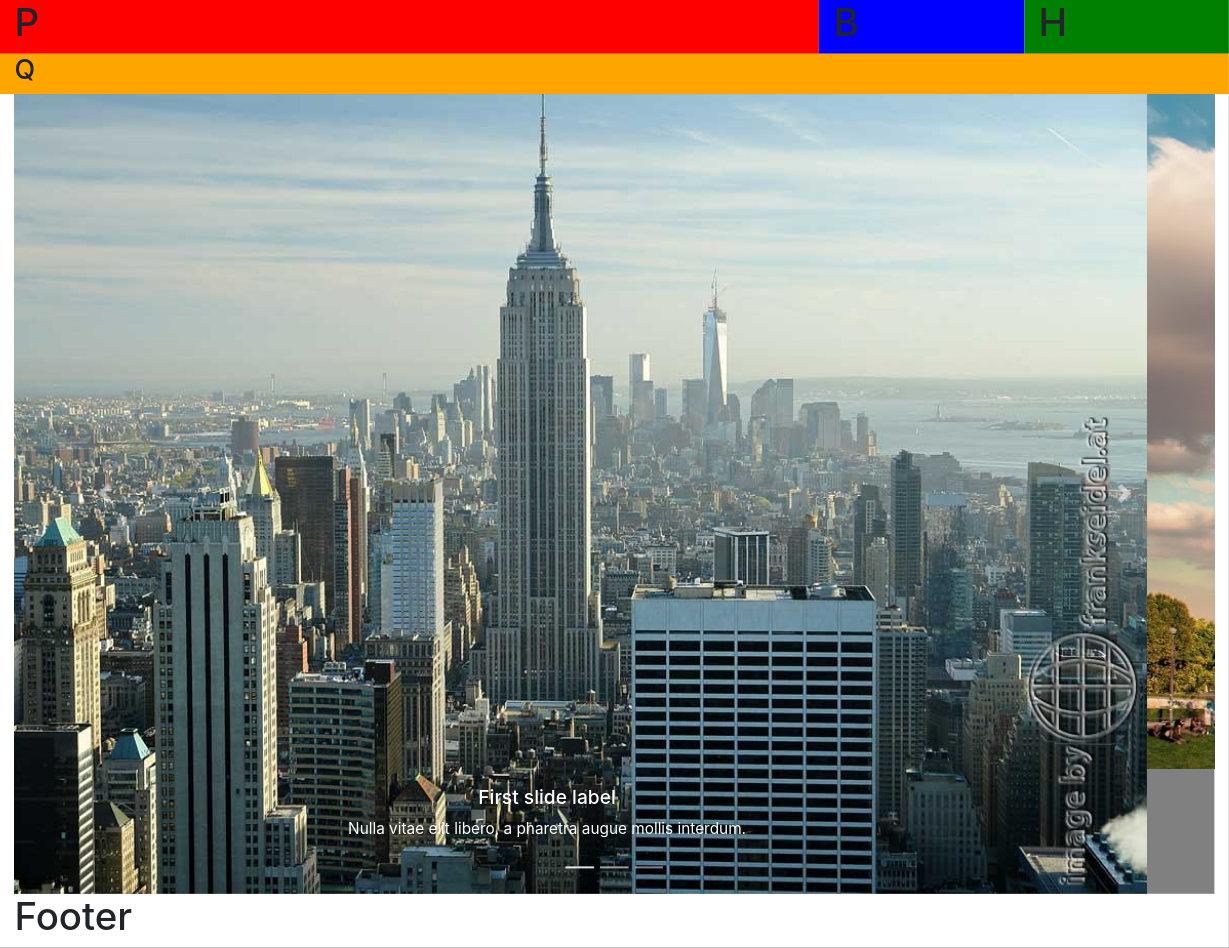
Repository: Brad000/PlanAway-Project
Page: index.html
The author's editor kept a record of every edit. The page is drawn from the files as they stood at one moment, then again after the next edit.
The browser window is 1280 px wide. The pictures show the whole page, at 96% of full size.
Some web libraries are served in a nearby version.

Above is the page before.

### index.html
<!DOCTYPE html>
<html lang="en">

<head>
    <meta charset="UTF-8">
    <meta name="viewport" content="width=device-width, initial-scale=1.0">
    <meta http-equiv="X-UA-Compatible" content="ie=edge">
    <link rel="stylesheet" href="assets/css/style.css" type="text/css" />
    <link rel="stylesheet" href="https://stackpath.bootstrapcdn.com/bootstrap/4.4.1/css/bootstrap.min.css" integrity="sha384-Vkoo8x4CGsO3+Hhxv8T/Q5PaXtkKtu6ug5TOeNV6gBiFeWPGFN9MuhOf23Q9Ifjh" crossorigin="anonymous">
    <script src="https://code.jquery.com/jquery-3.4.1.slim.min.js" integrity="sha384-J6qa4849blE2+poT4WnyKhv5vZF5SrPo0iEjwBvKU7imGFAV0wwj1yYfoRSJoZ+n" crossorigin="anonymous"></script>
    <script src="https://cdn.jsdelivr.net/npm/popper.js@1.16.0/dist/umd/popper.min.js" integrity="sha384-Q6E9RHvbIyZFJoft+2mJbHaEWldlvI9IOYy5n3zV9zzTtmI3UksdQRVvoxMfooAo" crossorigin="anonymous"></script>
    <script src="https://stackpath.bootstrapcdn.com/bootstrap/4.4.1/js/bootstrap.min.js" integrity="sha384-wfSDF2E50Y2D1uUdj0O3uMBJnjuUD4Ih7YwaYd1iqfktj0Uod8GCExl3Og8ifwB6" crossorigin="anonymous"></script>
    <script src="https://kit.fontawesome.com/5655c570e1.js" crossorigin="anonymous"></script>
    <title>PlanAway - Plan your next vacation</title>
</head>

<body>

    <header class="container-fluid">
        <div class="row">
            <div class="col-12 col-md-8 a">
                <h1>P</h1>
            </div>
            <div class="col-6 col-md-2 b">
                <h1>B</h1>
            </div>
            <div class="col-6 col-md-2 c">
                <h1>H</h1>
            </div>
            <div class="col-12 d">
                <h3>Q</h3>
            </div>
        </div>
    </header>

    <section class="container-fluid" id="image">
        <div class="row no-gutters">
            <div class="col-12 image">
                <div id="carouselExampleCaptions" class="carousel slide" data-ride="carousel">
                    <ol class="carousel-indicators">
                        <li data-target="#carouselExampleCaptions" data-slide-to="0" class="active"></li>
                        <li data-target="#carouselExampleCaptions" data-slide-to="1"></li>
                        <li data-target="#carouselExampleCaptions" data-slide-to="2"></li>
                    </ol>
                    <div class="carousel-inner">
                        <div class="carousel-item active">
                            <img src="assets/images/new-york.jpg" class="d-block w-100" alt="...">
                            <div class="carousel-caption d-none d-md-block">
                                <h5>First slide label</h5>
                                <p>Nulla vitae elit libero, a pharetra augue mollis interdum.</p>
                            </div>
                        </div>
                        <div class="carousel-item">
                            <img src="assets/images/paris.jpg" class="d-block w-100" alt="...">
                            <div class="carousel-caption d-none d-md-block">
                                <h5>Second slide label</h5>
                                <p>Lorem ipsum dolor sit amet, consectetur adipiscing elit.</p>
                            </div>
                        </div>
                        <div class="carousel-item">
                            <img src="assets/images/tokyo.jpg" class="d-block w-100" alt="...">
                            <div class="carousel-caption d-none d-md-block">
                                <h5>Third slide label</h5>
                                <p>Praesent commodo cursus magna, vel scelerisque nisl consectetur.</p>
                            </div>
                        </div>
                    </div>
                    <a class="carousel-control-prev" href="#carouselExampleCaptions" role="button" data-slide="prev">
    <span class="carousel-control-prev-icon" aria-hidden="true"></span>
    <span class="sr-only">Previous</span>
  </a>
                    <a class="carousel-control-next" href="#carouselExampleCaptions" role="button" data-slide="next">
    <span class="carousel-control-next-icon" aria-hidden="true"></span>
    <span class="sr-only">Next</span>
  </a>
                </div>
            </div>
        </div>
    </section>
<footer class="container-fluid">
    <div class="row">
        <div class="col-12 footer">
            <h1>Footer</h1>
        </div>
    </div>
</footer>



</body>

</html>

### assets/css/style.css
.a {
    background-color: red;

}

.b {
    background-color: blue;
}

.c {
    background-color: green;
}

.d {
    background-color: orange;
}

.image {
    height: auto;
    background-color: gray;
}

After the next edit:
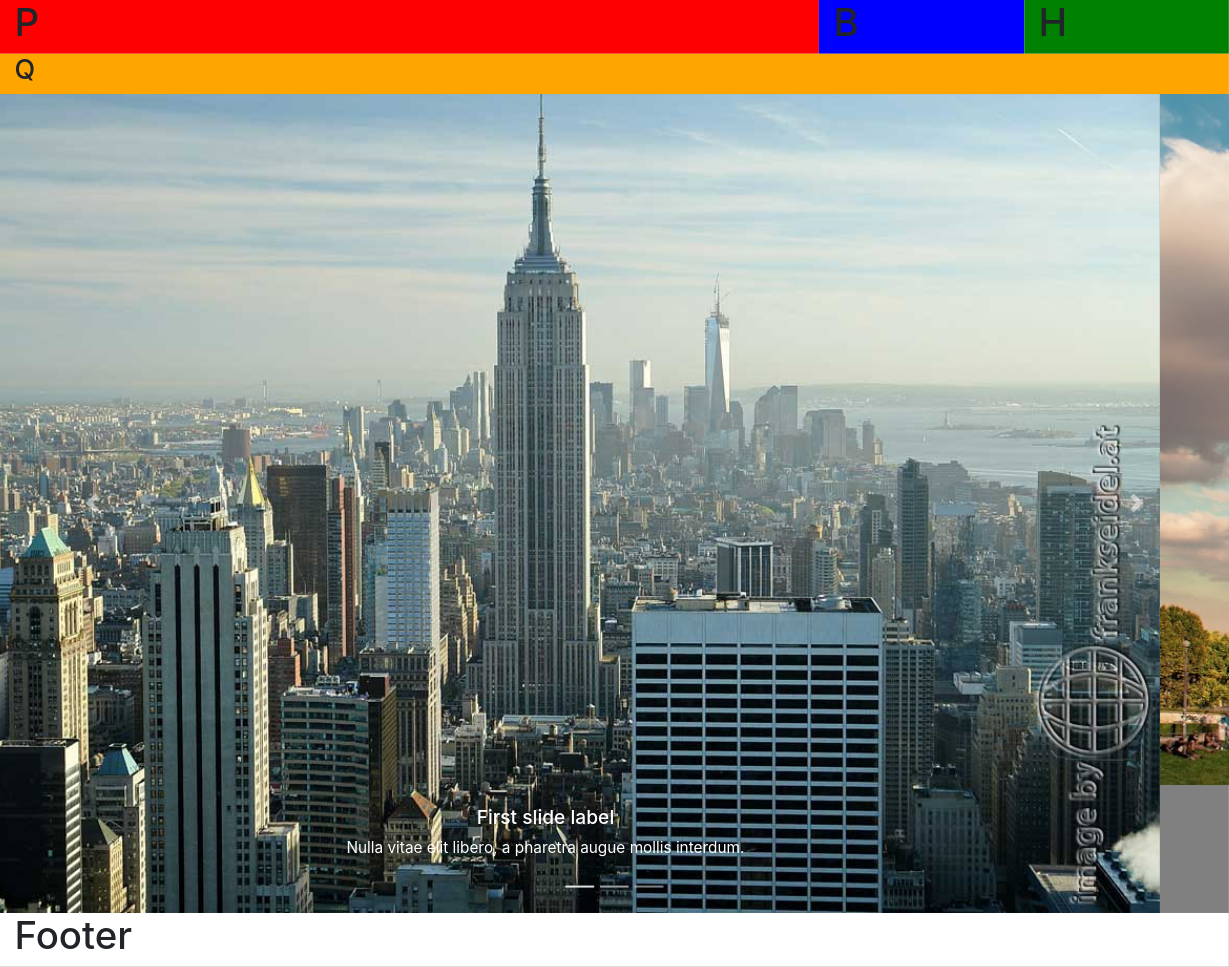
The edit:
--- a/assets/css/style.css
+++ b/assets/css/style.css
@@ -19,3 +19,7 @@
     height: auto;
     background-color: gray;
 }
+
+#image {
+    padding: 0;
+}
